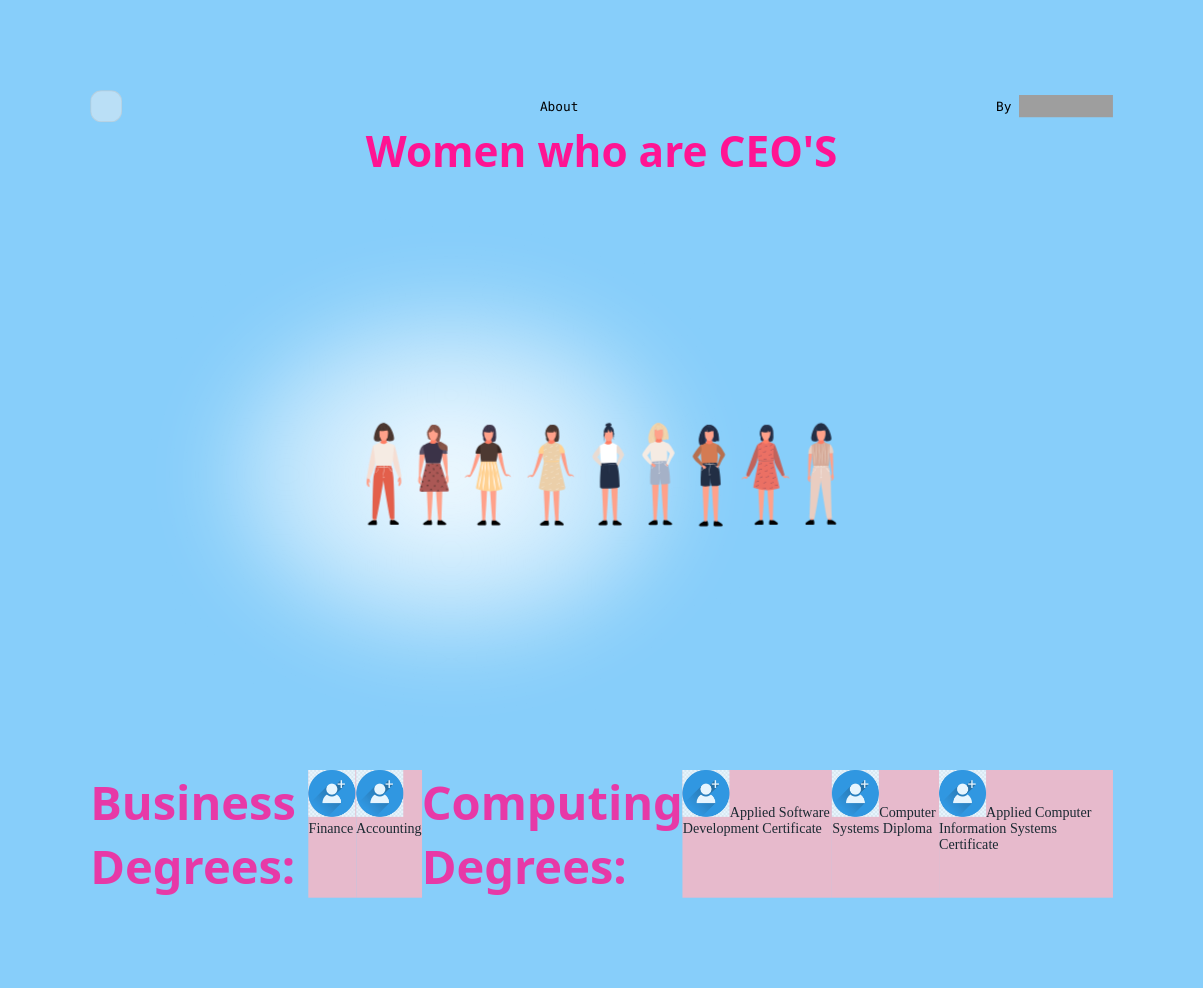
Repository: bguemos/week3example
Page: /
The author's editor kept a copy of each file at every save. The page is drawn from the files as they stood at one save, then again after the next save.
The browser window is 1280 px wide. The pictures show the whole page, at 94% of full size.
Pictures or frames that could not be fetched are drawn as grey boxes. The project was rebuilt for these pictures with package versions that can differ from the ones it lists, and the page was loaded fresh each time. The framework's server and built-in components were replaced by stand-ins that run in the browser. Also part of the build but not shown: next.config.js.

Above is the page before, as saved 2023-01-18 12:35:01.

### pages/index.js
import Head from 'next/head'
import Image from 'next/image'
import { Inter } from '@next/font/google'
import styles from '@/styles/Home.module.css'
import data from '../data/education.json'
import { useState } from 'react'
import Card from '../components/Card'
import Link from 'next/link'

const inter = Inter({ subsets: ['latin'] })

export default function Home() {
    const [information, setInformation] = useState([...data])
     console.log(data);
  return (
    <>
      <Head>
        <title>The Office</title>
        <meta name="description" content="Generated by create next app" />
        <meta name="viewport" content="width=device-width, initial-scale=1" />
        <link rel="icon" href="/favicon.ico" />
      </Head>
      <main className={styles.main}>
        <div className={styles.description}>
          <p>

            <code className={styles.code}></code>
          </p>
          <Link href="About">About</Link>
          <div>
            <a
              href="https://vercel.com?utm_source=create-next-app&utm_medium=default-template&utm_campaign=create-next-app"
              target="_blank"
              rel="noopener noreferrer"
            >
              By{' '}
              <Image
                src="/vercel.svg"
                alt="Vercel Logo"
                className={styles.vercelLogo}
                width={100}
                height={24}
                priority
              />
            </a>
          </div>
        </div>

        <h1 className={styles.header}> Women who are CEO'S</h1>

        <div className={styles.center}>
          <Image
            className={styles.logo}
            src="/women.svg"
            alt="womanLogo"
            width={500}
            height={500}
            priority
          />


        </div>

        <div className={styles.grid}>
          <b className={styles.label}> Business Degrees: </b>
          {information && information.map((info, index) => {
            if(info.department === "Business"){
              return(
                <Card key={index} degree={info.degree} colour="lightPink" font="15px"/>
              )
            }
           })}
           <b className={styles.label}> Computing Degrees:</b>
           {information && information.map((info, index) => {
            if(info.department === "Computing"){
              return(
              <Card key={index} degree={info.degree} colour="lightPink" font="15px"/>
              )
            }
            })}
        </div>
      </main>
    </>
  )
}

### styles/Home.module.css
.main {
  display: flex;
  flex-direction: column;
  justify-content: space-between;
  align-items: center;
  padding: 6rem;
  min-height: 100vh;
  background-color: lightskyblue;

}
.label{
  font-size: 50px;
  font-family: system-ui, -apple-system, BlinkMacSystemFont, 'Segoe UI', Roboto, Oxygen, Ubuntu, Cantarell, 'Open Sans', 'Helvetica Neue', sans-serif;
  color: deeppink;
}

.description {
  display: inherit;
  justify-content: inherit;
  align-items: inherit;
  font-size: 0.85rem;
  max-width: var(--max-width);
  width: 100%;
  z-index: 2;
  font-family: var(--font-mono);
}

.description a {
  display: flex;
  justify-content: center;
  align-items: center;
  gap: 0.5rem;
}

.description p {
  position: relative;
  margin: 0;
  padding: 1rem;
  background-color: rgba(var(--callout-rgb), 0.5);
  border: 1px solid rgba(var(--callout-border-rgb), 0.3);
  border-radius: var(--border-radius);
}

.code {
  font-weight: 700;
  font-family: var(--font-mono);
}

.grid {
  display: flex;
  flex-direction: row;
  flex-wrap: nowrap;
  grid-template-columns: repeat(4, minmax(25%, auto));
  width: var(--max-width);
  max-width: 100%;
  opacity: .8;

}

.card {
  padding: 1rem 1.2rem;
  border-radius: var(--border-radius);
  background: rgba(var(--card-rgb), 0);
  border: 1px solid rgba(var(--card-border-rgb), 0);
  transition: background 200ms, border 200ms;
}

.card span {
  display: inline-block;
  transition: transform 200ms;
}

.card h2 {
  font-weight: 600;
  margin-bottom: 0.7rem;
}

.card p {
  margin: 0;
  opacity: 0.6;
  font-size: 0.9rem;
  line-height: 1.5;
  max-width: 30ch;
}

.center {
  display: flex;
  justify-content: center;
  align-items: center;
  position: relative;
  padding: 4rem 0;
}

.center::before {
  background: var(--secondary-glow);
  border-radius: 50%;
  width: 480px;
  height: 360px;
  margin-left: -400px;
}

.center::after {
  background: var(--primary-glow);
  width: 240px;
  height: 180px;
  z-index: -1;
}

.center::before,
.center::after {
  content: '';
  left: 50%;
  position: absolute;
  filter: blur(45px);
  transform: translateZ(0);
}

.logo,
.thirteen {
  position: relative;

}
.header{
  position: relative;
  font-size: 45px;
  font-family: system-ui, -apple-system, BlinkMacSystemFont, 'Segoe UI', Roboto, Oxygen, Ubuntu, Cantarell, 'Open Sans', 'Helvetica Neue', sans-serif;
  color: deeppink;
}

.thirteen::before,
.thirteen::after {
  content: '';
  position: absolute;
  z-index: -1;
}

/* Conic Gradient Animation */
.thirteen::before {
  animation: 6s rotate linear infinite;
  width: 200%;
  height: 200%;
  background: var(--tile-border);
}

/* Inner Square */
.thirteen::after {
  inset: 0;
  padding: 1px;
  border-radius: var(--border-radius);
  background: linear-gradient(
    to bottom right,
    rgba(var(--tile-start-rgb), 1),
    rgba(var(--tile-end-rgb), 1)
  );
  background-clip: content-box;
}

/* Enable hover only on non-touch devices */
@media (hover: hover) and (pointer: fine) {
  .card:hover {
    background: rgba(var(--card-rgb), 0.1);
    border: 1px solid rgba(var(--card-border-rgb), 0.15);
  }

  .card:hover span {
    transform: translateX(4px);
  }
}

@media (prefers-reduced-motion) {
  .thirteen::before {
    animation: none;
  }

  .card:hover span {
    transform: none;
  }
}

/* Mobile */
@media (max-width: 700px) {
  .content {
    padding: 4rem;
  }

  .grid {
    grid-template-columns: 1fr;
    margin-bottom: 120px;
    max-width: 320px;
    text-align: center;
  }

  .card {
    padding: 1rem 2.5rem;
  }

  .card h2 {
    margin-bottom: 0.5rem;
  }

  .center {
    padding: 8rem 0 6rem;
  }

  .center::before {
    transform: none;
    height: 300px;
  }

  .description {
    font-size: 0.8rem;
  }

  .description a {
    padding: 1rem;
  }

  .description p,
  .description div {
    display: flex;
    justify-content: center;
    position: fixed;
    width: 100%;
  }

  .description p {
    align-items: center;
    inset: 0 0 auto;
    padding: 2rem 1rem 1.4rem;
    border-radius: 0;
    border: none;
    border-bottom: 1px solid rgba(var(--callout-border-rgb), 0.25);
    background: linear-gradient(
      to bottom,
      rgba(var(--background-start-rgb), 1),
      rgba(var(--callout-rgb), 0.5)
    );
    background-clip: padding-box;
    backdrop-filter: blur(24px);
  }

  .description div {
    align-items: flex-end;
    pointer-events: none;
    inset: auto 0 0;
    padding: 2rem;
    height: 200px;
    background: linear-gradient(
      to bottom,
      transparent 0%,
      rgb(var(--background-end-rgb)) 40%
    );
    z-index: 1;
  }
}

/* Tablet and Smaller Desktop */
@media (min-width: 701px) and (max-width: 1120px) {
  .grid {
    grid-template-columns: repeat(2, 50%);
  }
}

@media (prefers-color-scheme: dark) {
  .vercelLogo {
    filter: invert(1);
  }

  .logo,
  .thirteen img {
    filter: invert(1) drop-shadow(0 0 0.3rem #ffffff70);
  }
}

@keyframes rotate {
  from {
    transform: rotate(360deg);
  }
  to {
    transform: rotate(0deg);
  }
}

### data/education.json
[
        {
            "studentNumber": "A0004567",
            "firstName": "Person 1",
            "gpa": 3.8,
            "department": "Business",
            "degree": "Finance",
            "graduted": 2014
        },
        {
            "studentNumber": "A0001234",
            "firstName": "Person 2",
            "gpa": 3.5,
            "department": "Business",
            "degree": "Accounting",
            "graduted": 2010
        },
        {
            "studentNumber": "A0007890",
            "firstName": "Person 3",
            "gpa": 3.2,
            "department": "Computing",
            "degree": "Applied Software Development Certificate",
            "graduted": 2018
        },
        {
            "studentNumber": "A0007828",
            "firstName": "Person 4",
            "gpa": 3.9,
            "department": "Computing",
            "degree": "Computer Systems Diploma",
            "graduted": 2021
        },
        {
            "studentNumber": "A0003425",
            "firstName": "Person 5",
            "gpa": 3.2,
            "department": "Computing",
            "degree": "Applied Computer Information Systems Certificate",
            "graduted": 2021
        }
]

### components/Card/index.js
export default function Card({
    degree= "none",
    colour= "purple",
    font = "0",
    image = "icon/personTwo.png"
}) {
    return(
        <div style={{backgroundColor: colour, fontSize:font}}>
         {
            colour === "red" ? <img src={'icon/person.png'} width="50"/> :
            colour === "blue" ? <img src={'icon/personThree.png'} width="50"/>:
                                <img src={image} width="50" />
         }
         {degree}
        </div>
    )
}

Loaded but not shown: pages/_app.js (common file); pages/_document.js (common file); styles/globals.css (common file)

After the next save:
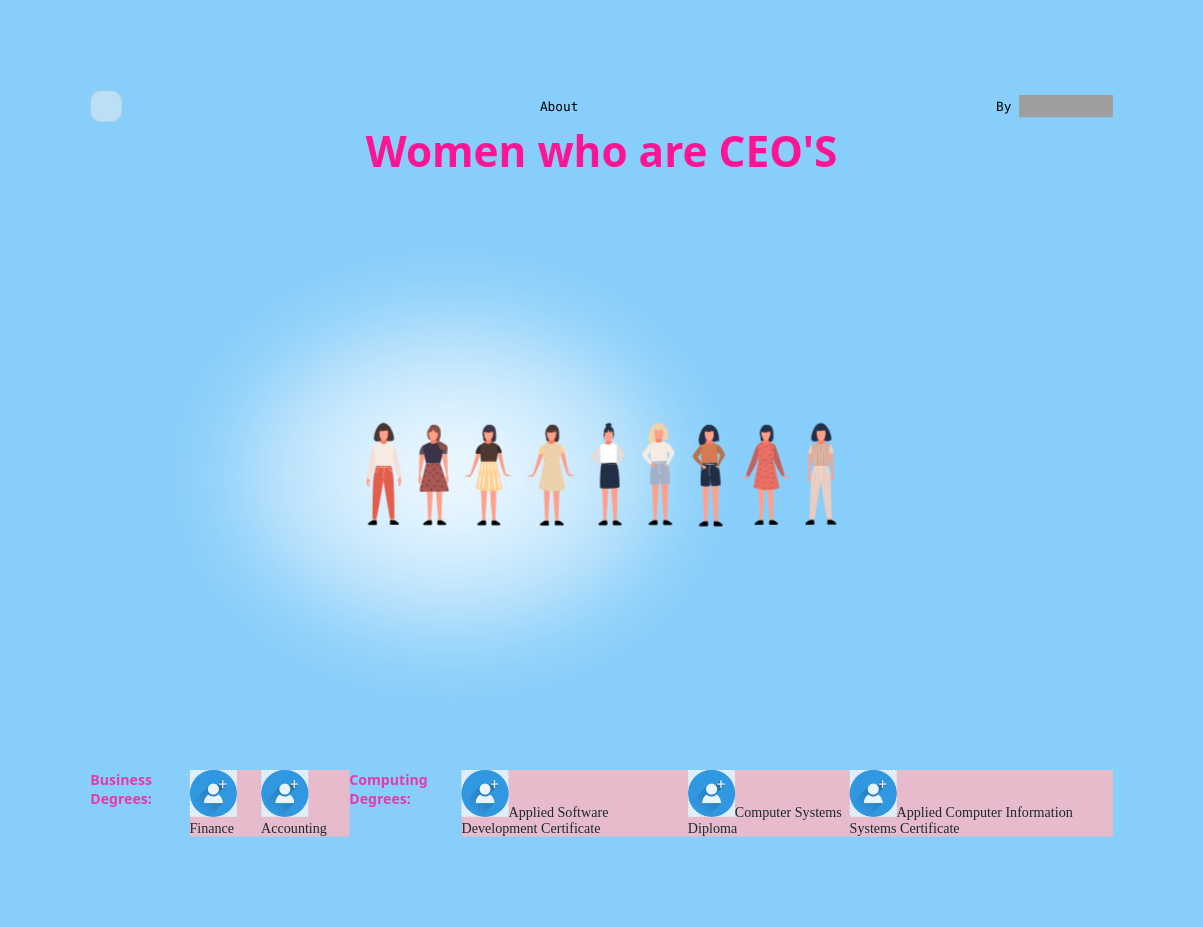
Saved 16 s later.
--- a/styles/Home.module.css
+++ b/styles/Home.module.css
@@ -9,7 +9,7 @@
 
 }
 .label{
-  font-size: 50px;
+  font-size: 15px;
   font-family: system-ui, -apple-system, BlinkMacSystemFont, 'Segoe UI', Roboto, Oxygen, Ubuntu, Cantarell, 'Open Sans', 'Helvetica Neue', sans-serif;
   color: deeppink;
 }
